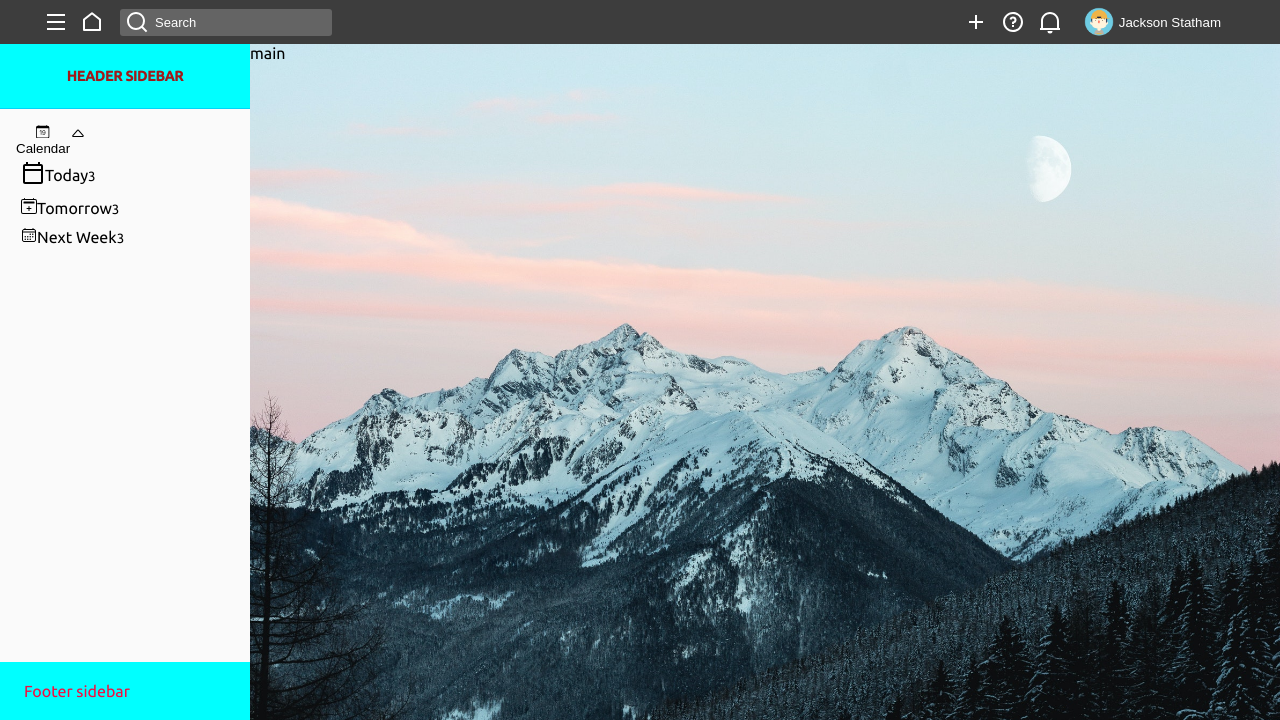
Repository: huuthe1999/to-do-list
Page: /
The author's editor kept a copy of each file at every save. The page is drawn from the files as they stood at one save, then again after the next save.
The browser window is 1280 px wide. The pictures show the whole page.
The project was rebuilt for these pictures with package versions that can differ from the ones it lists, and the page was loaded fresh each time. Also part of the build but not shown: src/components/form/addForm/addForm.scss, src/components/form/addForm/AddForm.js, src/components/modal/modal.scss, src/components/modal/Modal.js.

Above is the page before, as saved 2022-02-17 14:30:44.

After the next save:
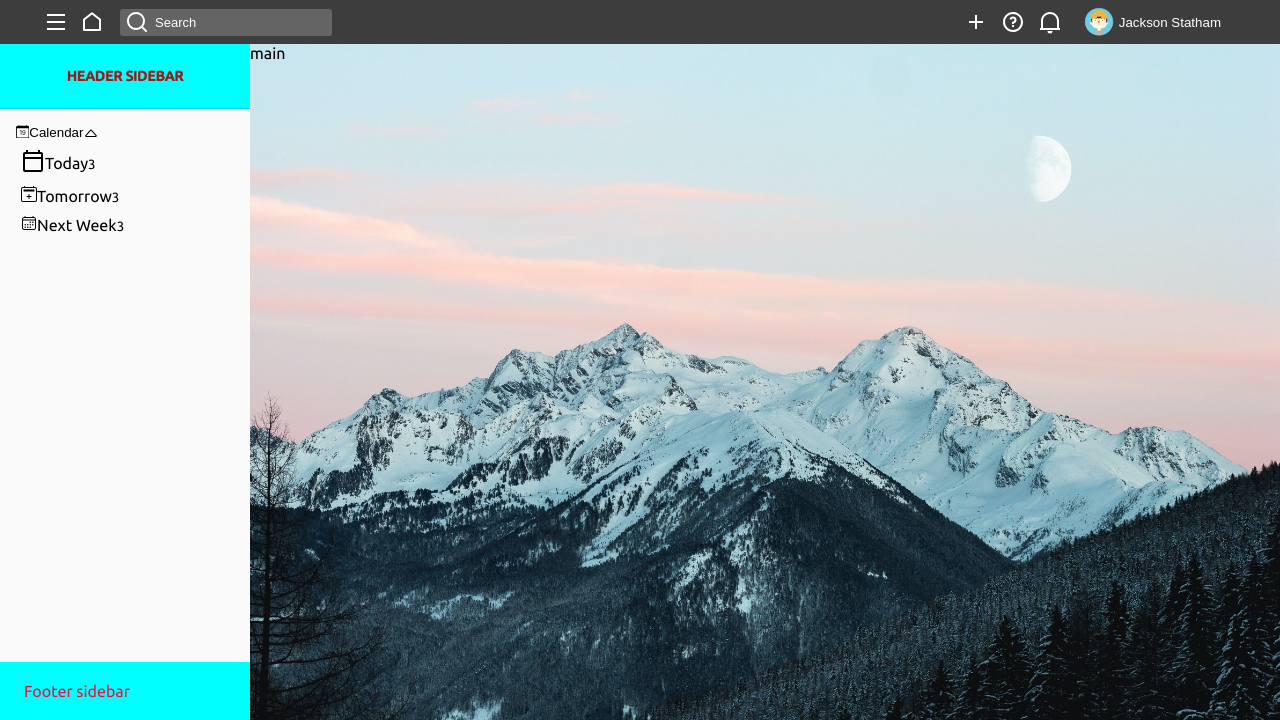
Saved 24 s later.
--- a/src/components/calendar/calendar.scss
+++ b/src/components/calendar/calendar.scss
@@ -3,6 +3,10 @@
 
 	&__header {
 		display: flex;
+
+		&--title {
+			display: flex;
+		}
 	}
 	&__content {
 		height: auto;
